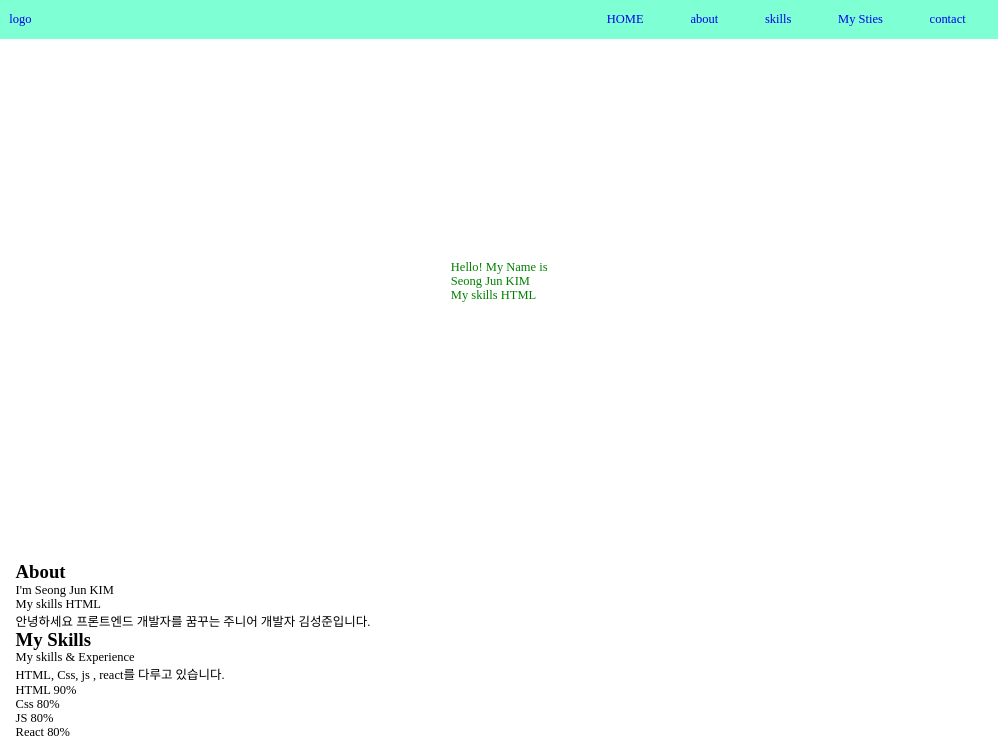
Repository: jun01270/jun
Page: index.html
These files come from the project's save history. The page is drawn as it stood at one moment and after the next save; the edit follows.
The browser window is 1280 px wide. The pictures show the whole page, at 78% of full size.

Above is the page before, as saved 2023-05-09 12:50:11.

After the next save:
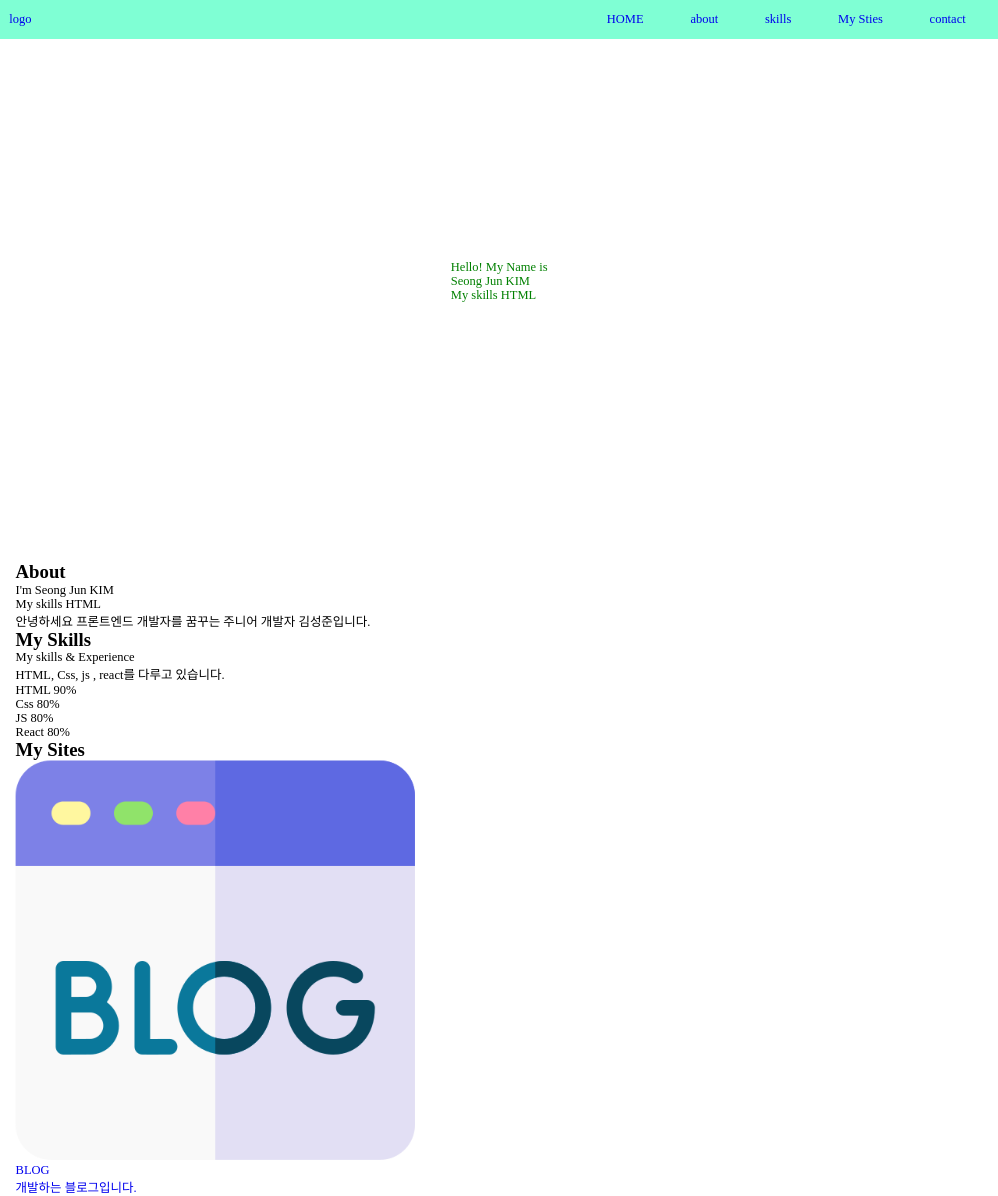
Saved 13 min 40 s later.
--- a/index.html
+++ b/index.html
@@ -91,7 +91,25 @@
       </div>
     </section>
 
-    <section class="my-sites"></section>
+    <section class="my-sites">
+      <div class="max-width">
+        <h2 class="title">My Sites</h2>
+        <div class="my-sites-content">
+          <div class="left-column">
+            <a href="https://web-jun.tistory.com/" target="_blank">
+              <div class="site">
+                <div class="site-images">
+                  <img src="/img/blog.jpg" alt="" />
+                  <div class="site-text">BLOG</div>
+                  <p>개발하는 블로그입니다.</p>
+                </div>
+              </div>
+            </a>
+          </div>
+          <div class="righ-column"></div>
+        </div>
+      </div>
+    </section>
 
     <section class="contact"></section>
   </body>
